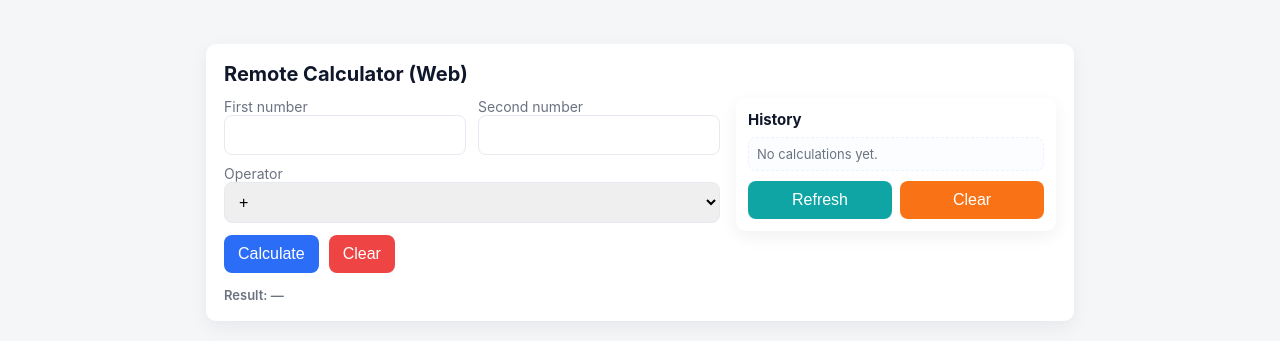
Repository: Sakib2405/PSTU_Academic
Page: http://localhost/
These files come from the project's save history. The page is drawn as it stood at one moment and after the next save; the edit follows.
The browser window is 1280 px wide. The pictures show the whole page.
The page is served by the project's application, run on Flask 3 (web_server.py).

Above is the page before, as saved 2025-11-22 00:36:27.

### 5th Semister/CCE-313,314(Networking)/Sessional/pronad1_Academic_PSTU_CSE_main_5th_Semester_ma'am_assignment_Socket/Remote Calculator/templates/index.html
<!doctype html>
<html lang="en">
  <head>
    <meta charset="utf-8" />
    <meta name="viewport" content="width=device-width, initial-scale=1" />
    <title>Remote Calculator</title>
    <style>
      :root{ --bg:#f4f6f8; --card:#fff; --accent:#2b6df6; --muted:#6b7280; --success:#10b981; --danger:#ef4444 }
      *{box-sizing:border-box}
      body{font-family:Inter,Segoe UI,Arial;margin:0;background:var(--bg);color:#0f172a}
      .container{max-width:900px;margin:28px auto;padding:16px}
      .card{background:var(--card);border-radius:10px;padding:18px;box-shadow:0 6px 18px rgba(12,20,40,.06)}
      h1{margin:0 0 12px;font-size:20px}
      .layout{display:flex;gap:16px;align-items:flex-start}
      @media(max-width:720px){.layout{flex-direction:column}}
      form{flex:1}
      label{display:block;margin-bottom:10px;font-size:14px;color:var(--muted)}
      input[type=number], select{width:100%;padding:10px;border-radius:8px;border:1px solid #e6e9ef;font-size:16px}
      .row{display:flex;gap:12px}
      .row > *{flex:1}
      button{background:var(--accent);color:#fff;border:0;padding:10px 14px;border-radius:8px;font-size:16px;cursor:pointer}
      #result{margin-top:14px;font-weight:600}
      .history{width:320px}
      .history h3{margin:0 0 8px;font-size:15px}
      .history-list{max-height:320px;overflow:auto;padding:8px;border-radius:8px;border:1px dashed #eef2ff;background:#fbfdff}
      .history-item{padding:8px;border-bottom:1px solid #eef2f6;font-size:14px;color:#0b1220;opacity:0;transform:translateY(6px);animation:fadeUp .28s ease forwards}
      @keyframes fadeUp{to{opacity:1;transform:none}}
      .result-badge{display:inline-flex;align-items:center;gap:8px;padding:6px 10px;border-radius:999px;background:rgba(43,109,246,0.08);color:var(--accent);font-weight:600}
      .result-badge.error{background:rgba(239,68,68,0.08);color:var(--danger)}
      .icon{width:16px;height:16px;display:inline-block}
      .pulse{animation:pulse 900ms ease}
      @keyframes pulse{0%{transform:scale(.98);opacity:.9}50%{transform:scale(1.03);opacity:1}100%{transform:none;opacity:1}}
      .controls{display:flex;gap:8px;margin-top:10px}
      .muted{color:var(--muted);font-size:13px}
    </style>
  </head>
  <body>
    <div class="container">
      <div class="card">
        <h1>Remote Calculator (Web)</h1>
        <div class="layout">
          <form id="calcForm" class="form" autocomplete="off">
            <div class="row">
              <label>
                First number
                <input id="num1" name="num1" type="number" required />
              </label>
              <label>
                Second number
                <input id="num2" name="num2" type="number" required />
              </label>
            </div>

            <label>
              Operator
              <select id="operator" name="operator">
                <option value="+">+</option>
                <option value="-">-</option>
                <option value="*">*</option>
                <option value="/">/</option>
                <option value="%">%</option>
              </select>
            </label>

            <div style="margin-top:12px;display:flex;gap:10px">
              <button type="submit">Calculate</button>
              <button type="button" id="clearButton" style="background:#ef4444">Clear</button>
            </div>

            <div id="result" class="muted">Result: <span id="value">—</span></div>
          </form>

          <aside class="history card" style="padding:12px">
            <h3>History</h3>
            <div class="history-list" id="historyList">
              <div class="muted">No calculations yet.</div>
            </div>
            <div class="controls">
              <button id="refreshHistory" style="flex:1;background:#0ea5a4">Refresh</button>
              <button id="clearHistory" style="flex:1;background:#f97316">Clear</button>
            </div>
          </aside>
        </div>
      </div>
    </div>

    <script src="/static/main.js"></script>
  </body>
</html>

### 5th Semister/CCE-313,314(Networking)/Sessional/pronad1_Academic_PSTU_CSE_main_5th_Semester_ma'am_assignment_Socket/Remote Calculator/web_server.py
from flask import Flask, request, jsonify, render_template, session

app = Flask(__name__)
app.secret_key = 'replace-this-with-a-secure-random-key'


def calculate(num1, operator, num2):
    """Return (ok: bool, value_or_error).

    ok True -> numeric result (int/float).
    ok False -> error string.
    """
    # Basic presence check
    if num1 is None or num2 is None or operator is None:
        return False, 'Missing input(s)'

    try:
        a = int(num1)
        b = int(num2)
    except (ValueError, TypeError):
        return False, 'Invalid integer input'

    if operator == '+':
        return True, a + b
    elif operator == '-':
        return True, a - b
    elif operator == '*':
        return True, a * b
    elif operator == '/':
        if b == 0:
            return False, 'Division by zero'
        return True, a / b
    elif operator == '%':
        if b == 0:
            return False, 'Division by zero'
        return True, a % b
    else:
        return False, 'Invalid operator'


@app.route('/')
def index():
    return render_template('index.html')


@app.route('/api/calc', methods=['POST'])
def api_calc():
    data = request.get_json() or request.form
    num1 = data.get('num1')
    operator = data.get('operator')
    num2 = data.get('num2')

    ok, value = calculate(num1, operator, num2)

    # Save to session history (simple list of strings). Record both successes and failures.
    history = session.get('history', [])
    if ok:
        entry = f"{num1} {operator} {num2} = {value}"
    else:
        entry = f"{num1} {operator} {num2} -> ERROR: {value}"
    history.insert(0, entry)
    session['history'] = history[:20]
    session.modified = True

    if ok:
        return jsonify({'ok': True, 'result': value, 'history': session['history']})
    else:
        return jsonify({'ok': False, 'error': value, 'history': session['history']})


@app.route('/api/history', methods=['GET'])
def api_history():
    return jsonify({'history': session.get('history', [])})


@app.route('/api/history/clear', methods=['POST'])
def api_history_clear():
    session['history'] = []
    session.modified = True
    return jsonify({'ok': True, 'history': []})


if __name__ == '__main__':
    app.run(host='127.0.0.1', port=5000, debug=True)

### 5th Semister/CCE-313,314(Networking)/Sessional/pronad1_Academic_PSTU_CSE_main_5th_Semester_ma'am_assignment_Socket/Remote Calculator/static/main.js
document.addEventListener('DOMContentLoaded', () => {
  const form = document.getElementById('calcForm');
  const valueEl = document.getElementById('value');
  const historyList = document.getElementById('historyList');
  const clearHistoryBtn = document.getElementById('clearHistory');
  const refreshHistoryBtn = document.getElementById('refreshHistory');
  const clearBtn = document.getElementById('clearButton');

  form.addEventListener('submit', async (e) => {
    e.preventDefault();
    const num1 = document.getElementById('num1').value;
    const operator = document.getElementById('operator').value;
    const num2 = document.getElementById('num2').value;

    // Client-side validation
    const validOperators = ['+','-','*','/','%'];
    if(num1 === '' || num2 === ''){
      showError('Please enter both numbers');
      return;
    }
    if(!validOperators.includes(operator)){
      showError('Invalid operator selected');
      return;
    }
    if((operator === '/' || operator === '%') && Number(num2) === 0){
      showError('Cannot divide by zero');
      return;
    }

    valueEl.textContent = 'Calculating…';
    valueEl.parentElement.classList.remove('error');

    try {
      const res = await fetch('/api/calc', {
        method: 'POST',
        headers: { 'Content-Type': 'application/json' },
        body: JSON.stringify({ num1, operator, num2 })
      });

      const data = await res.json();
      if(data.ok){
        showResult(data.result);
      } else {
        showError(data.error || 'Server error');
      }
      renderHistory(data.history || []);
    } catch (err) {
      showError('Network error');
    }
  });

  clearBtn.addEventListener('click', () => {
    document.getElementById('num1').value = '';
    document.getElementById('num2').value = '';
    valueEl.textContent = '—';
  });

  refreshHistoryBtn.addEventListener('click', fetchHistory);
  clearHistoryBtn.addEventListener('click', async () => {
    await fetch('/api/history/clear', { method: 'POST' });
    renderHistory([]);
  });

  async function fetchHistory(){
    try{
      const r = await fetch('/api/history');
      const j = await r.json();
      renderHistory(j.history || []);
    }catch(e){ console.warn(e) }
  }

  function renderHistory(list){
    historyList.innerHTML = '';
    if(!list || list.length === 0){
      historyList.innerHTML = '<div class="muted">No calculations yet.</div>';
      return;
    }
    for(const item of list){
      const div = document.createElement('div');
      div.className = 'history-item';
      div.textContent = item;
      historyList.appendChild(div);
    }
  }

  function showResult(value){
    valueEl.textContent = value;
    // add success badge style + animation
    const parent = valueEl.parentElement;
    parent.classList.remove('error');
    parent.classList.add('pulse');
    setTimeout(()=> parent.classList.remove('pulse'), 950);
  }

  function showError(msg){
    valueEl.textContent = msg;
    const parent = valueEl.parentElement;
    parent.classList.add('error');
    parent.classList.remove('pulse');
  }

  // load initial history
  fetchHistory();
});

After the next save:
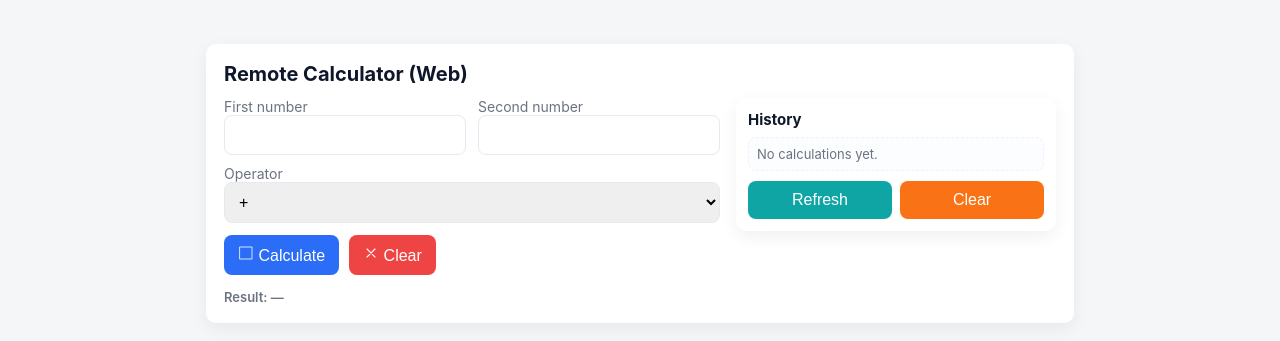
Saved 2 min 44 s later.
--- a/5th Semister/CCE-313,314(Networking)/Sessional/pronad1_Academic_PSTU_CSE_main_5th_Semester_ma'am_assignment_Socket/Remote Calculator/templates/index.html
+++ b/5th Semister/CCE-313,314(Networking)/Sessional/pronad1_Academic_PSTU_CSE_main_5th_Semester_ma'am_assignment_Socket/Remote Calculator/templates/index.html
@@ -63,8 +63,14 @@
             </label>
 
             <div style="margin-top:12px;display:flex;gap:10px">
-              <button type="submit">Calculate</button>
-              <button type="button" id="clearButton" style="background:#ef4444">Clear</button>
+              <button type="submit" class="btn-primary">
+                <svg class="icon" viewBox="0 0 24 24" fill="none" xmlns="http://www.w3.org/2000/svg"><path d="M3 3h18v18H3z" stroke="currentColor" stroke-width="1.2" stroke-linecap="round" stroke-linejoin="round"/></svg>
+                Calculate
+              </button>
+              <button type="button" id="clearButton" style="background:#ef4444" class="btn-ghost">
+                <svg class="icon" viewBox="0 0 24 24" fill="none" xmlns="http://www.w3.org/2000/svg"><path d="M6 6l12 12M18 6L6 18" stroke="currentColor" stroke-width="1.6" stroke-linecap="round" stroke-linejoin="round"/></svg>
+                Clear
+              </button>
             </div>
 
             <div id="result" class="muted">Result: <span id="value">—</span></div>
